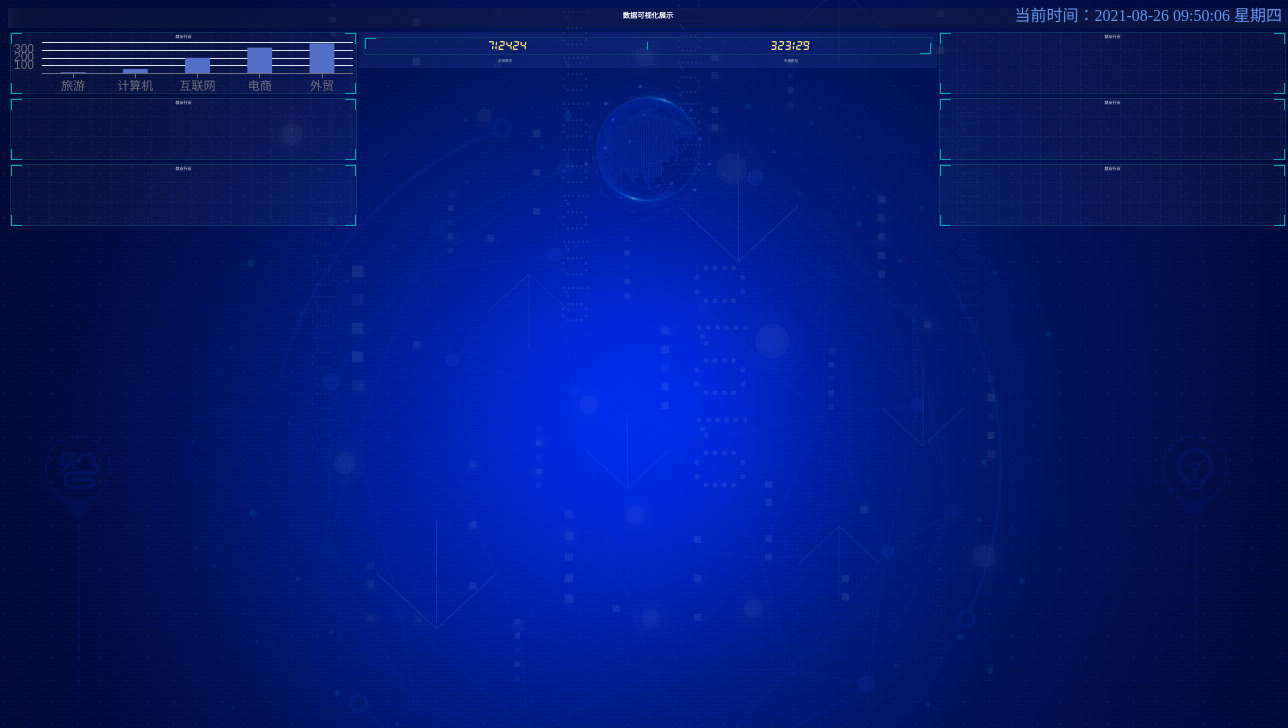
Repository: jiang-1990/DataVM
Page: /
The author's editor kept a copy of each file at every save. The page is drawn from the files as they stood at one save, then again after the next save.
The browser window is 1280 px wide. The page is 1288 px wide, so the pictures cover 1288 px, including what lies to the right of the window. The pictures show the whole page.
The project was rebuilt for these pictures with package versions that can differ from the ones it lists, and the page was loaded fresh each time.

Above is the page before, as saved 2021-08-26 09:53:20.

After the next save:
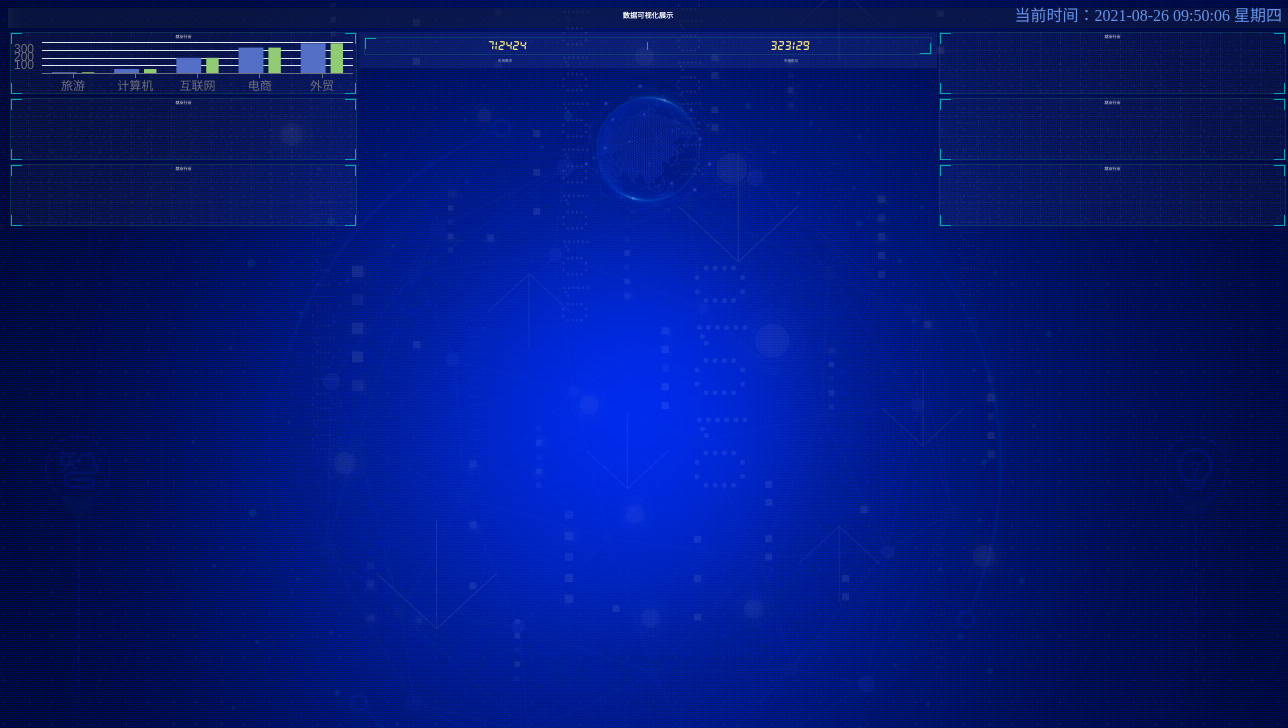
Saved 8 min 21 s later.
--- a/src/components/bigScreen.vue
+++ b/src/components/bigScreen.vue
@@ -151,6 +151,12 @@
             barWidth: "40%",
             data: [10, 52, 200, 334, 390],
           },
+          {
+            name: "微信推荐",
+            type: "bar",
+            barWidth: "20%",
+            data: [10, 52, 200, 334, 390],
+          },
         ],
       };
       myChart.setOption(option);

After the save that followed:
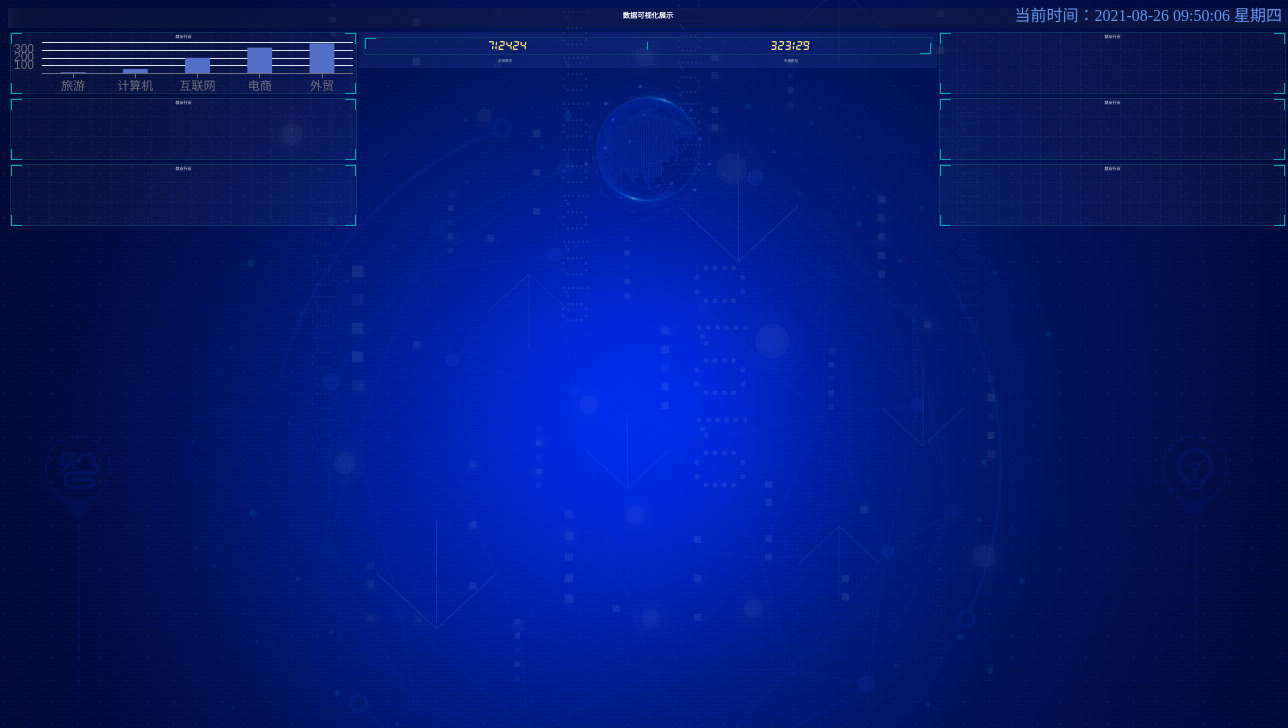
Saved 31 s later.
--- a/src/components/bigScreen.vue
+++ b/src/components/bigScreen.vue
@@ -151,12 +151,6 @@
             barWidth: "40%",
             data: [10, 52, 200, 334, 390],
           },
-          {
-            name: "微信推荐",
-            type: "bar",
-            barWidth: "20%",
-            data: [10, 52, 200, 334, 390],
-          },
         ],
       };
       myChart.setOption(option);
